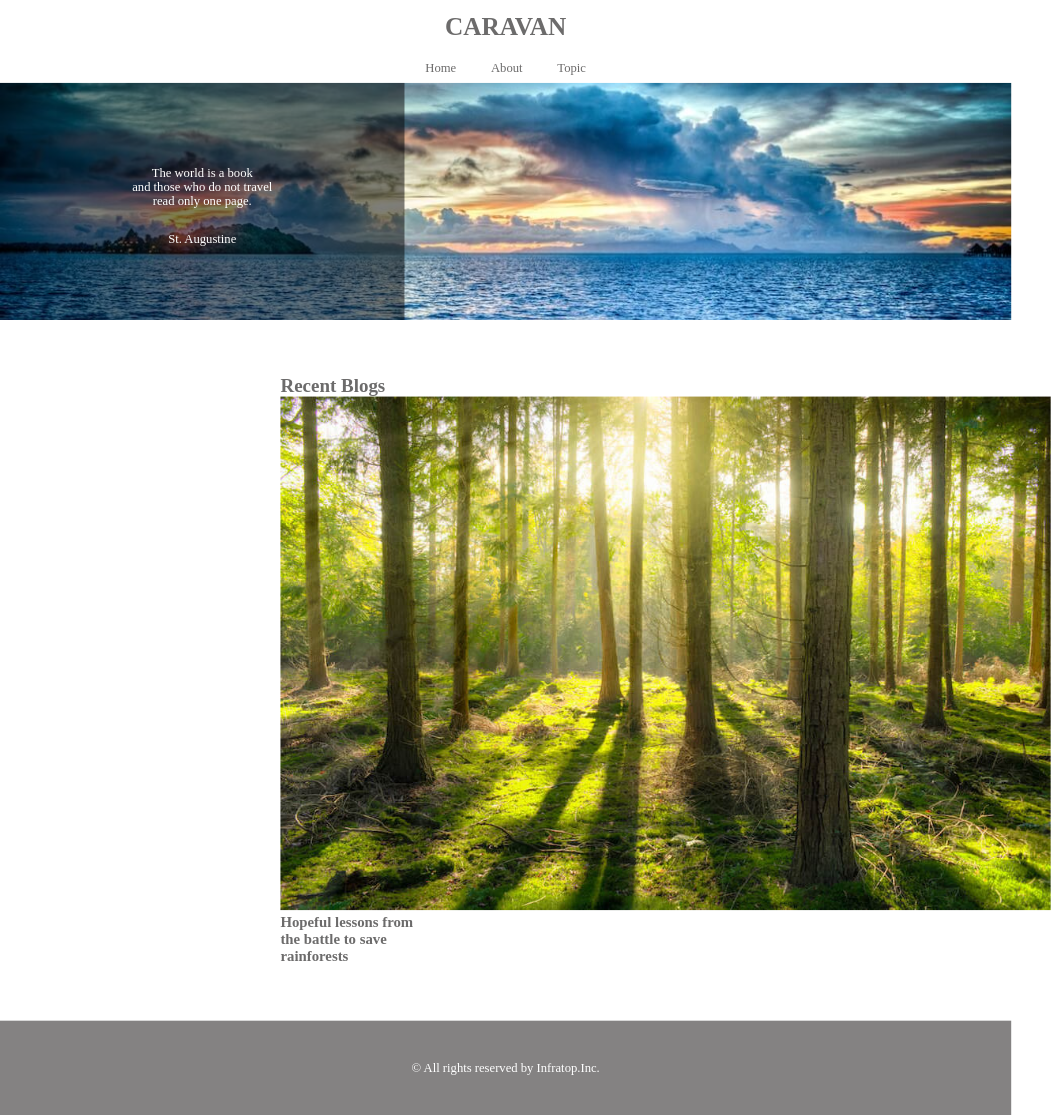
Repository: RAM-OK/git-practice
Page: caravan/index.html
The author's editor kept a record of every edit. The page is drawn from the files as they stood at one moment, then again after the next edit.
The browser window is 1280 px wide. The page is 1330 px wide, so the pictures cover 1330 px, including what lies to the right of the window. The pictures show the whole page, at 79% of full size.

Above is the page before.

After the next edit:
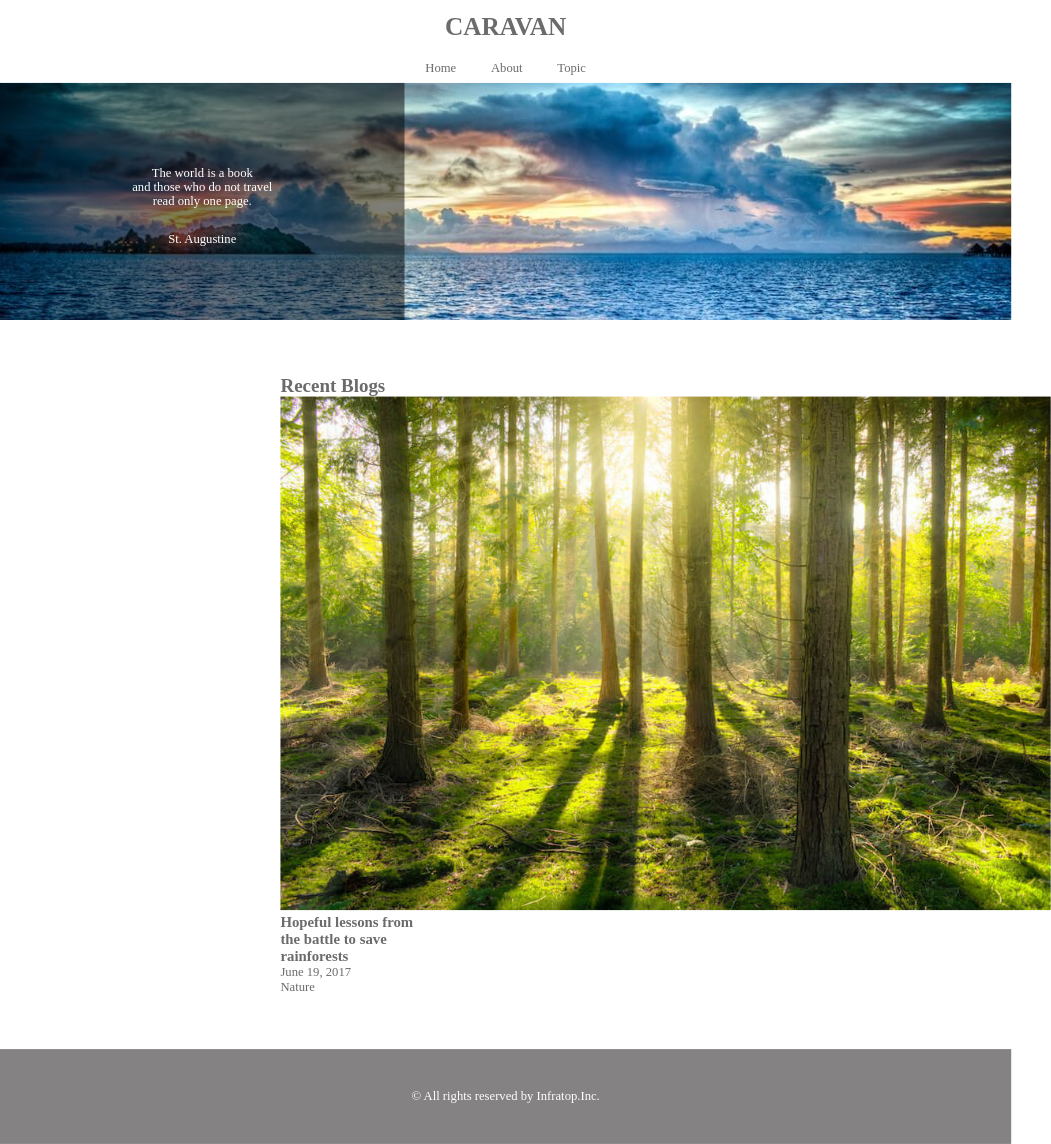
The edit:
--- a/caravan/index.html
+++ b/caravan/index.html
@@ -56,6 +56,8 @@
                 rainforests
               </a>
             </h3>
+            <p>June 19, 2017</p>
+            <span class="category">Nature</span>
           </section>
         </div>
       </section>
